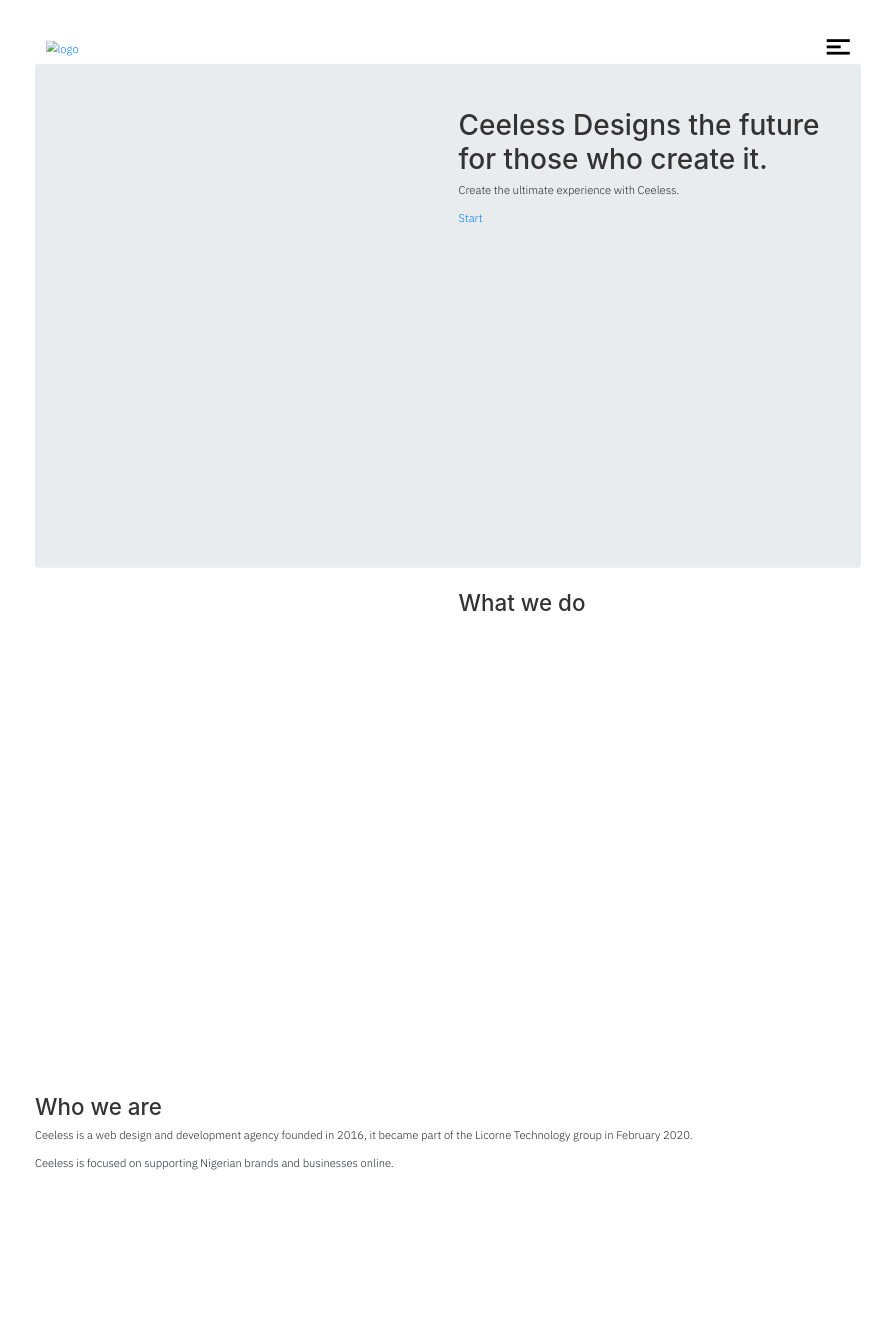
Repository: Licorne-Technologies/Ceeless-v2
Page: index.html
The author's editor kept a copy of each file at every save. The page is drawn from the files as they stood at one save, then again after the next save.
The browser window is 1280 px wide. The pictures show the part of the page from y = 0 to 1920 px (the page is 3049 px tall before and 3017 px after), at 70% of full size.
Some web libraries are served in a nearby version. The style sheet was rebuilt from its Sass, Less or Tailwind sources for each picture, by a compiler version that may differ from the author's.

Above is the page before, as saved 2020-06-15 12:39:00.

After the next save:
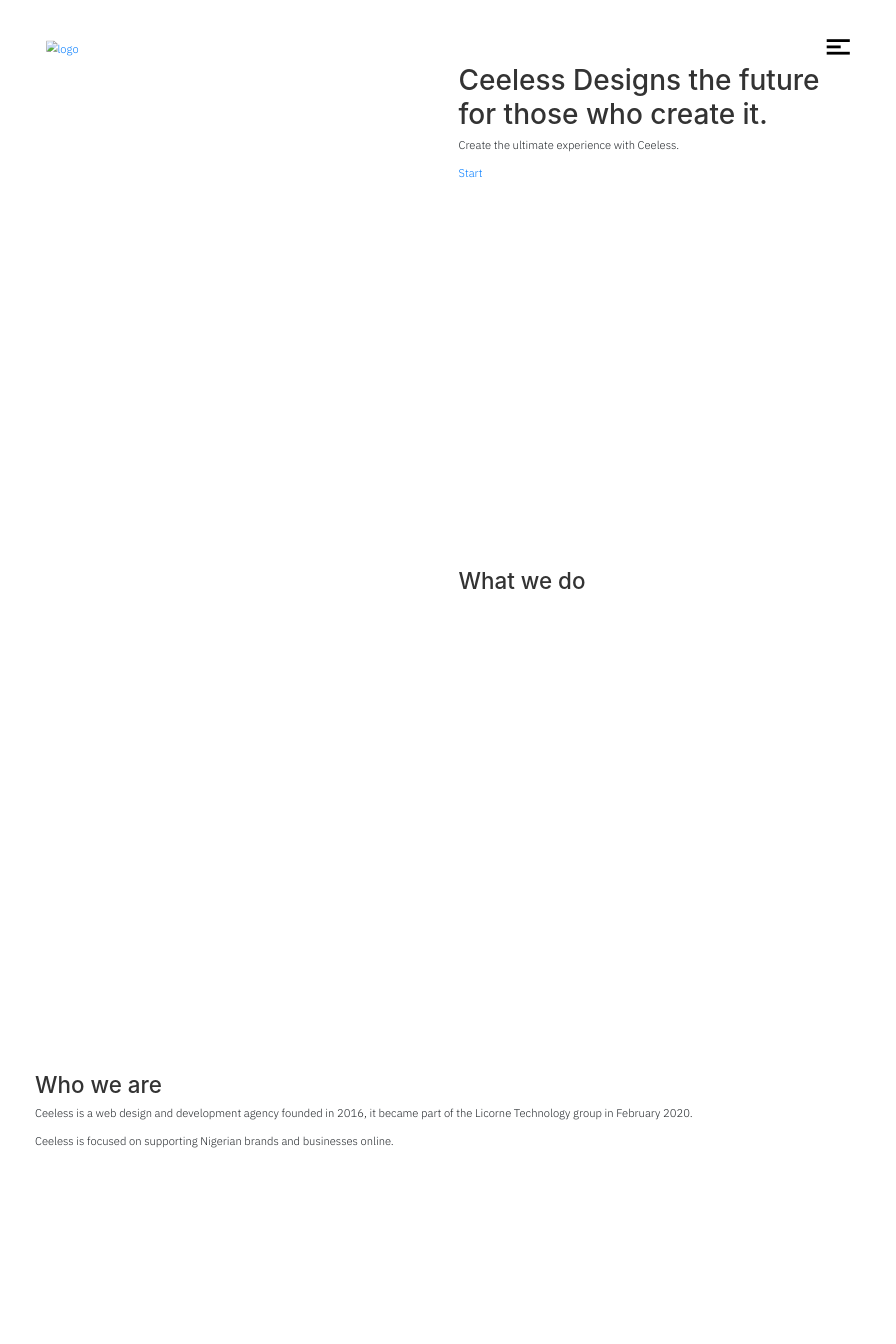
Saved 112 s later.
--- a/index.html
+++ b/index.html
@@ -62,15 +62,18 @@
 
 
     <!--Jumbotron-->
-    <section class="jumbotron">
+    <section class="jumboText">
         <div class="row">
             <div class="col social-icons"></div>
-            <div class="col message">
-                <!--Message Text-->
-                <h1>Ceeless Designs the future for those who create it.</h1>
-                <p>Create the ultimate experience with Ceeless.</p>
-                <!--Action Btn-->
-                <a href="#" class="action-btn">Start</a>
+            <div class="col">
+                <div class="message">
+                    <!--Message Text-->
+                    <h1>Ceeless Designs the future for those who create it.</h1>
+                    <p>Create the ultimate experience with Ceeless.</p>
+                    <!--Action Btn-->
+                    <a href="#" class="action-btn">Start</a>
+                </div>
+
             </div>
         </div>
     </section>
